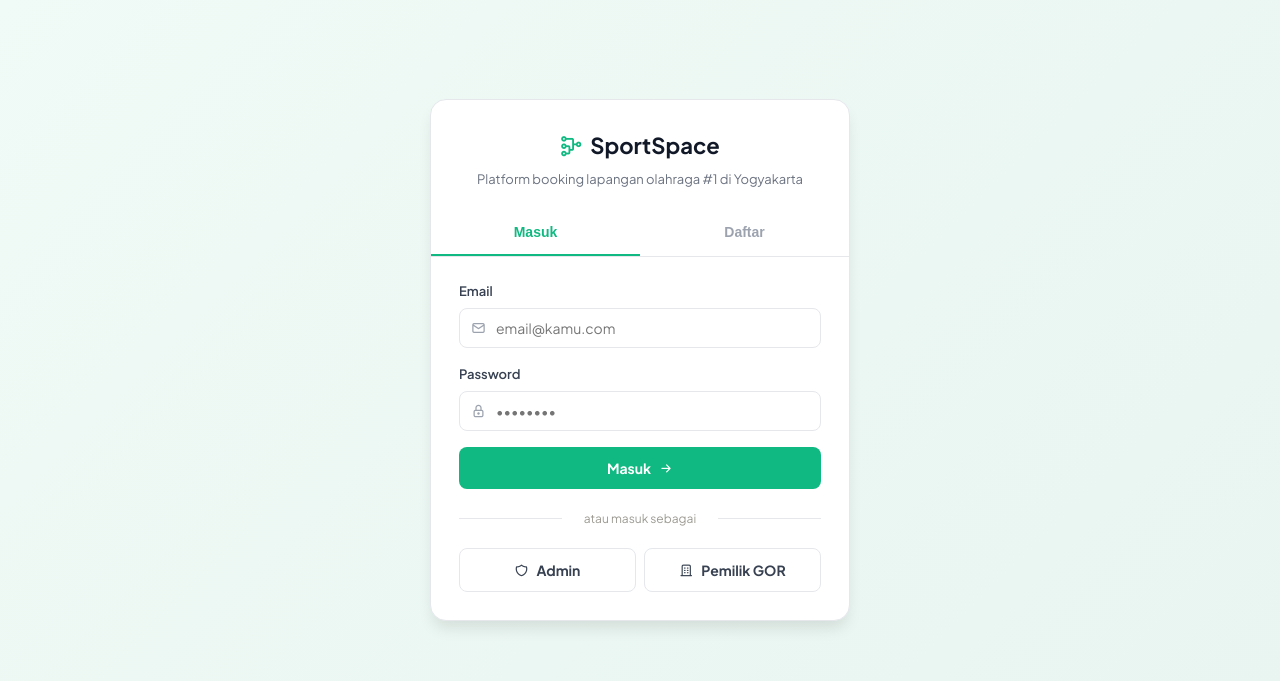
Repository: vira633/SportSpace
Page: login.html
The author's editor kept a copy of each file at every save. The page is drawn from the files as they stood at one save, then again after a run of saves.
The browser window is 1280 px wide. The pictures show the whole page.
Some web libraries are served in a nearby version.

Above is the page before, as saved 2026-06-20 10:11:04.

After the next 2 saves:
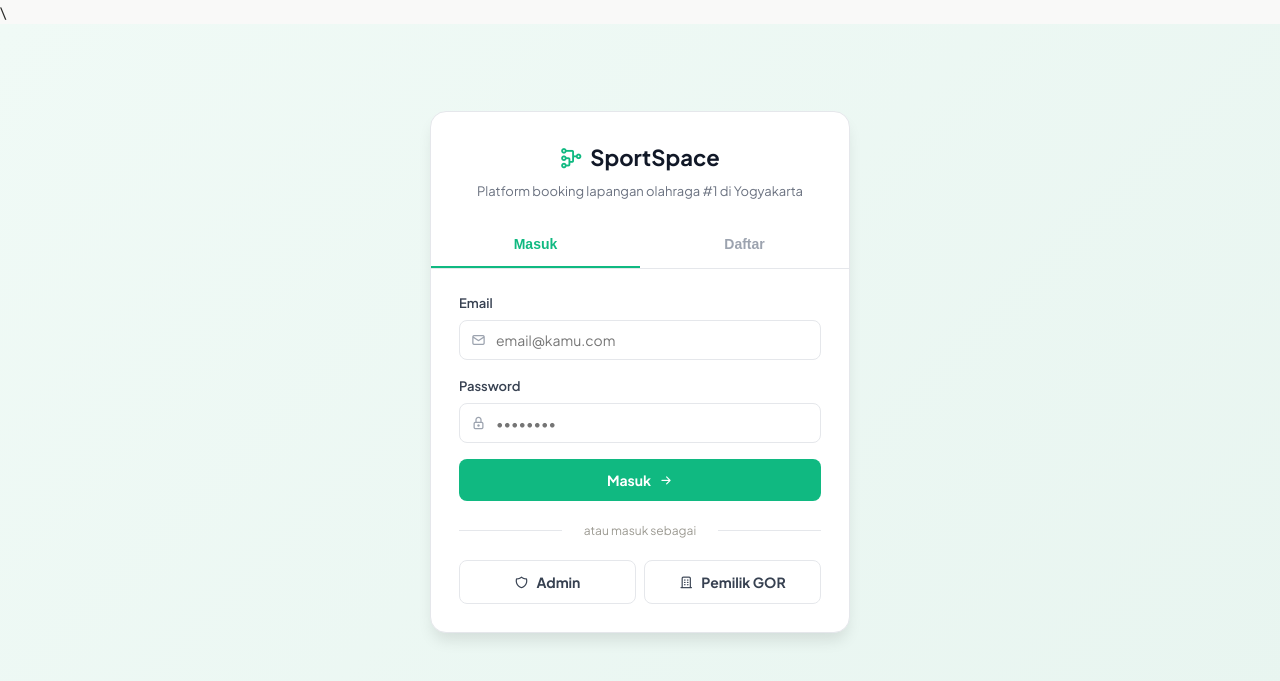
The 2 saves are shown as one change because they came seconds apart.
The last was saved 31 s later.
--- a/login.html
+++ b/login.html
@@ -1,5 +1,7 @@
 <!DOCTYPE html>
-<html lang="id">
+<html lang="id">\
+  <link rel="stylesheet" href="css/style.css">
+<link rel="stylesheet" href="css/login.css">
 <head>
   <meta charset="UTF-8">
   <meta name="viewport" content="width=device-width, initial-scale=1.0">

After the save that followed:
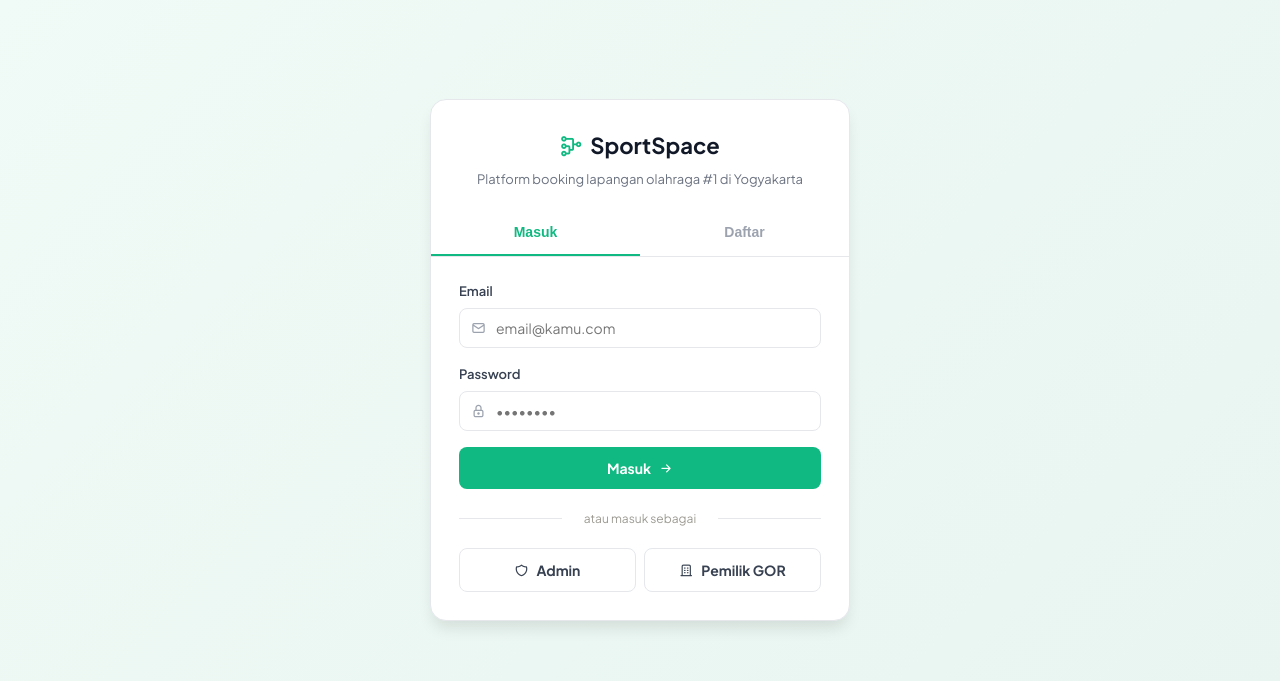
Saved 73 s later.
--- a/login.html
+++ b/login.html
@@ -1,5 +1,5 @@
 <!DOCTYPE html>
-<html lang="id">\
+<html lang="id">
   <link rel="stylesheet" href="css/style.css">
 <link rel="stylesheet" href="css/login.css">
 <head>
